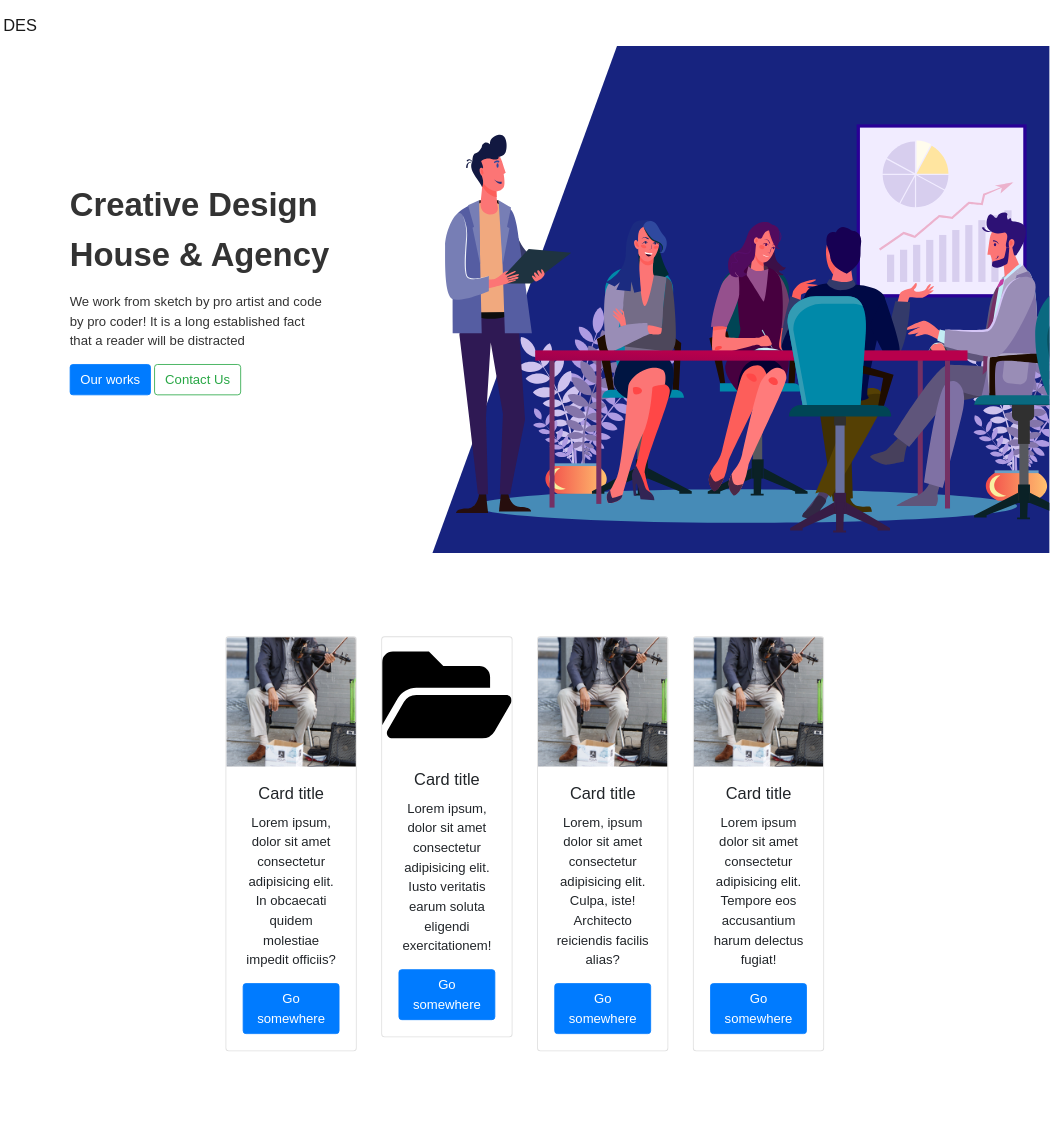
Repository: stephenkayade/Tarm
Page: index.html
An editor plug-in stored every save of this project. The page is shown before and after the next save, followed by the edit.
The browser window is 1280 px wide. The pictures show the whole page, at 82% of full size.

Above is the page before, as saved 2020-05-07 11:37:16.

After the next save:
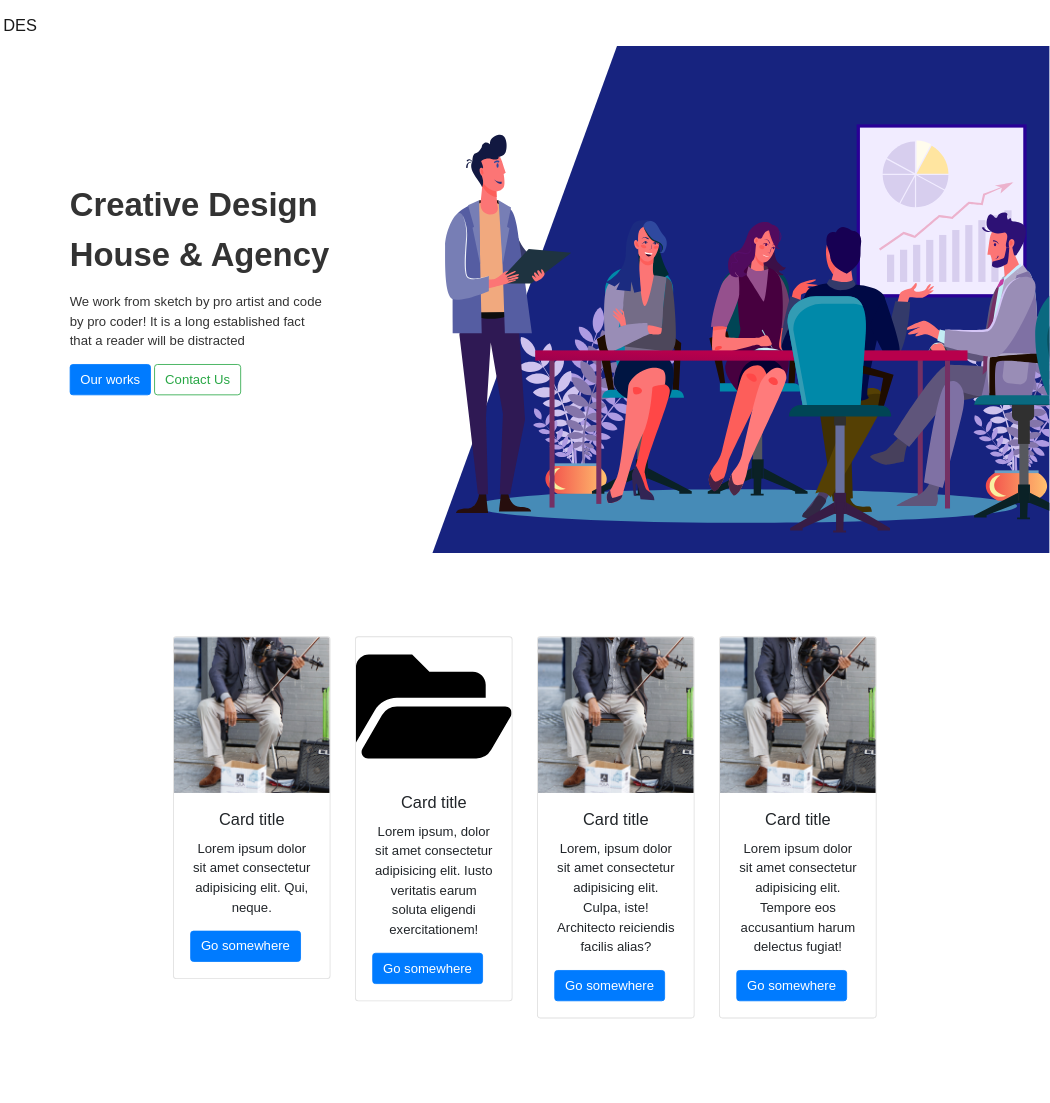
Saved 57 s later.
--- a/index.html
+++ b/index.html
@@ -74,18 +74,17 @@
     <section id="img">
         <div class="row">
             <div class="col-md-auto">
-                <div class="card" style="width: 10rem;">
+                <div class="card" style="width: 12rem;">
                     <img src="./img/man-street-sitting-hat-2995066.jpg" class="card-img-top" alt="...">
                     <div class="card-body">
                         <h5 class="card-title text-center">Card title</h5>
-                        <p class="card-text text-center">Lorem ipsum, dolor sit amet consectetur adipisicing elit. In
-                            obcaecati quidem molestiae impedit officiis?</p>
+                        <p class="card-text text-center">Lorem ipsum dolor sit amet consectetur adipisicing elit. Qui, neque.</p>
                         <a href="#" class="btn btn-primary">Go somewhere</a>
                     </div>
                 </div>
             </div>
             <div class="col-md-auto">
-                <div class="card" style="width: 10rem;">
+                <div class="card" style="width: 12rem;">
                     <img src="./img/folder-open-solid.svg" class="card-img-top" alt="...">
                     <div class="card-body">
                         <h5 class="card-title text-center">Card title</h5>
@@ -96,7 +95,7 @@
                 </div>
             </div>
             <div class="col-md-auto">
-                <div class="card" style="width: 10rem;">
+                <div class="card" style="width: 12rem;">
                     <img src="./img/man-street-sitting-hat-2995066.jpg" class="card-img-top" alt="...">
                     <div class="card-body">
                         <h5 class="card-title text-center">Card title</h5>
@@ -107,7 +106,7 @@
                 </div>
             </div>
             <div class="col-md-auto">
-                <div class="card" style="width: 10rem;">
+                <div class="card" style="width: 12rem;">
                     <img src="./img/man-street-sitting-hat-2995066.jpg" class="card-img-top" alt="...">
                     <div class="card-body">
                         <h5 class="card-title text-center">Card title</h5>
